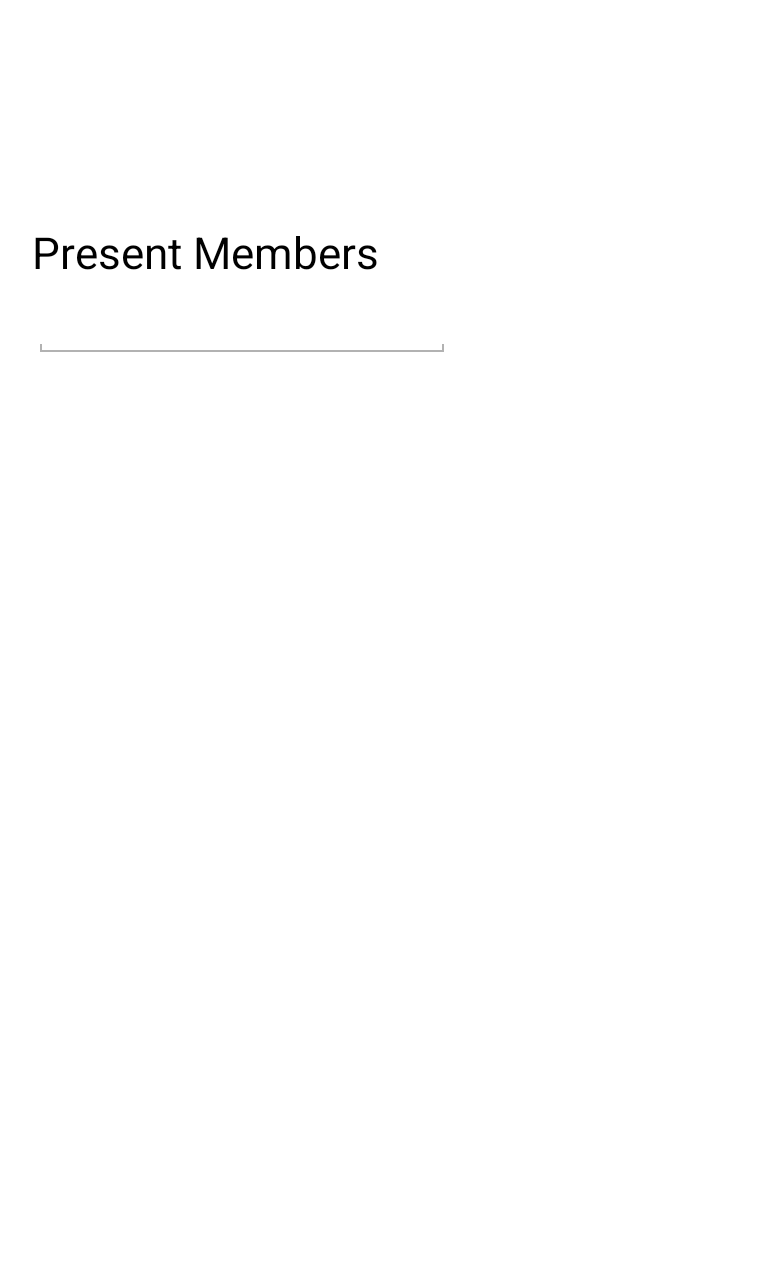
Repository: MarcoRieger/sw14_free_04_new
Layout: RWDMember/res/layout/fragment_statistic.xml
The author's editor kept a copy of each file at every save. The layout is drawn from the files as they stood at one save, then again after the next save.
It is drawn on a 768 x 1280 px phone screen (xhdpi) without system bars, with theme AppTheme; the app's code is not run.

Above is the layout before, as saved 2014-06-17 13:07:29.

After the next save:
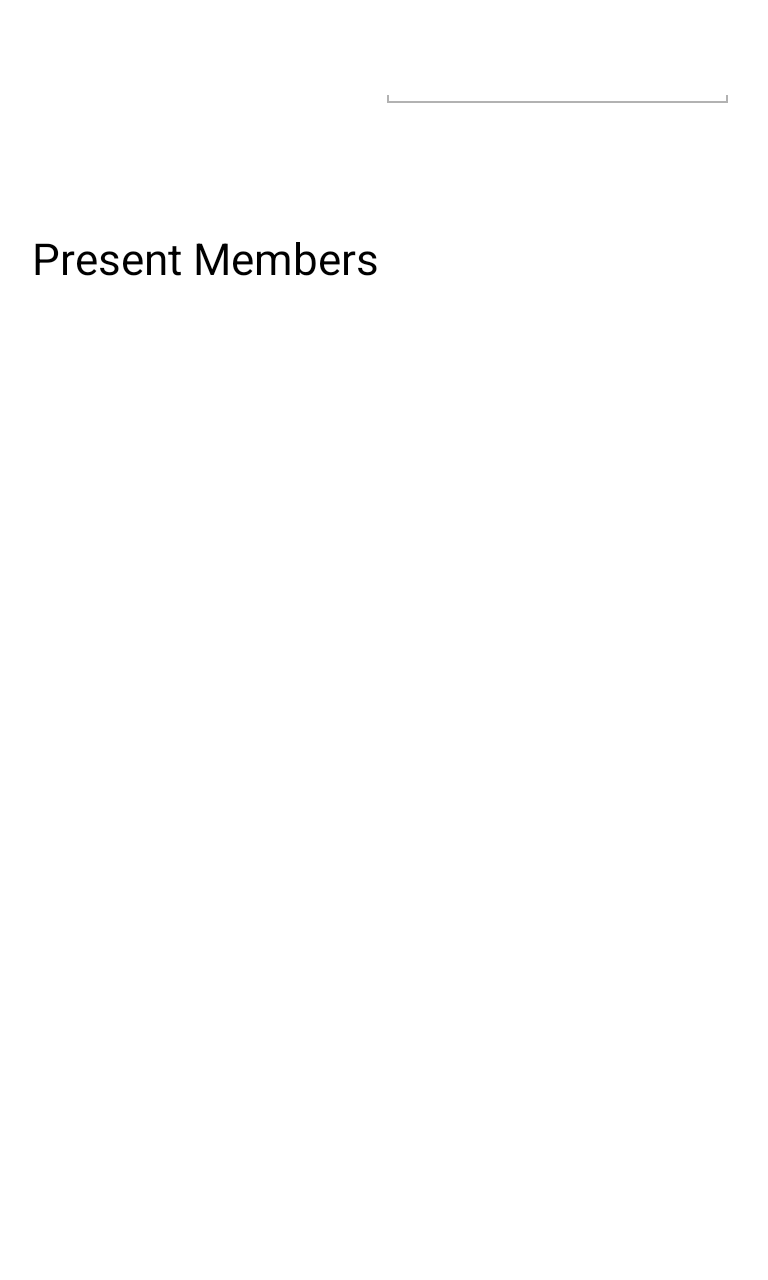
Saved 8 s later.
--- a/RWDMember/res/layout/fragment_statistic.xml
+++ b/RWDMember/res/layout/fragment_statistic.xml
@@ -6,7 +6,7 @@
     android:paddingLeft="@dimen/activity_horizontal_margin"
     android:paddingRight="@dimen/activity_horizontal_margin"
     android:paddingTop="@dimen/activity_vertical_margin"
-    android:orientation="vertical" >
+     >
 
     <TextView
         android:id="@+id/textView1"
